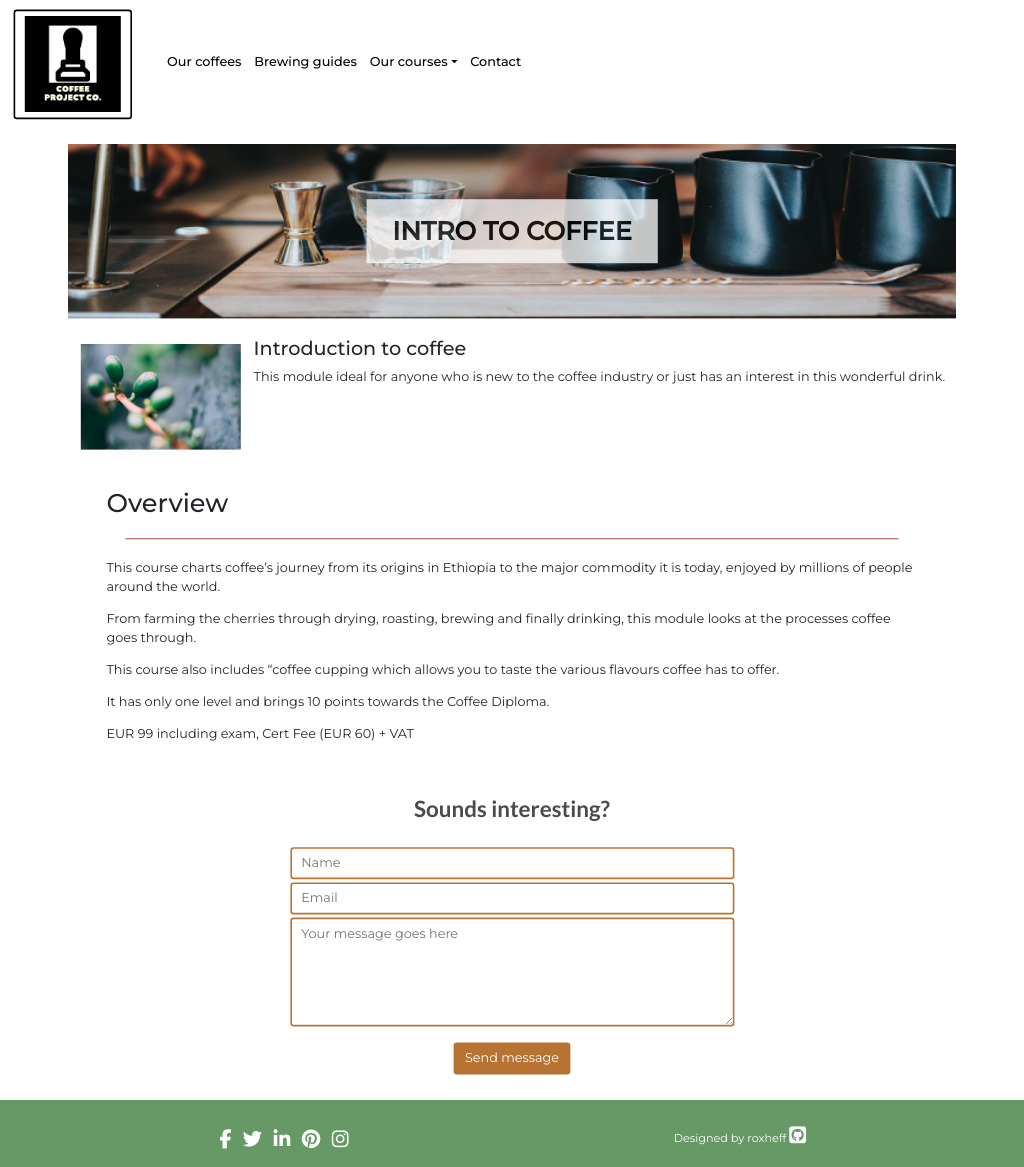
Repository: roxanahefferon/M1
Page: intro.html
The author's editor kept a record of every edit. The page is drawn from the files as they stood at one moment, then again after the next edit.
The browser window is 1280 px wide. The pictures show the whole page, at 80% of full size.
Some web libraries are served in a nearby version.

Above is the page before.

After the next edit:
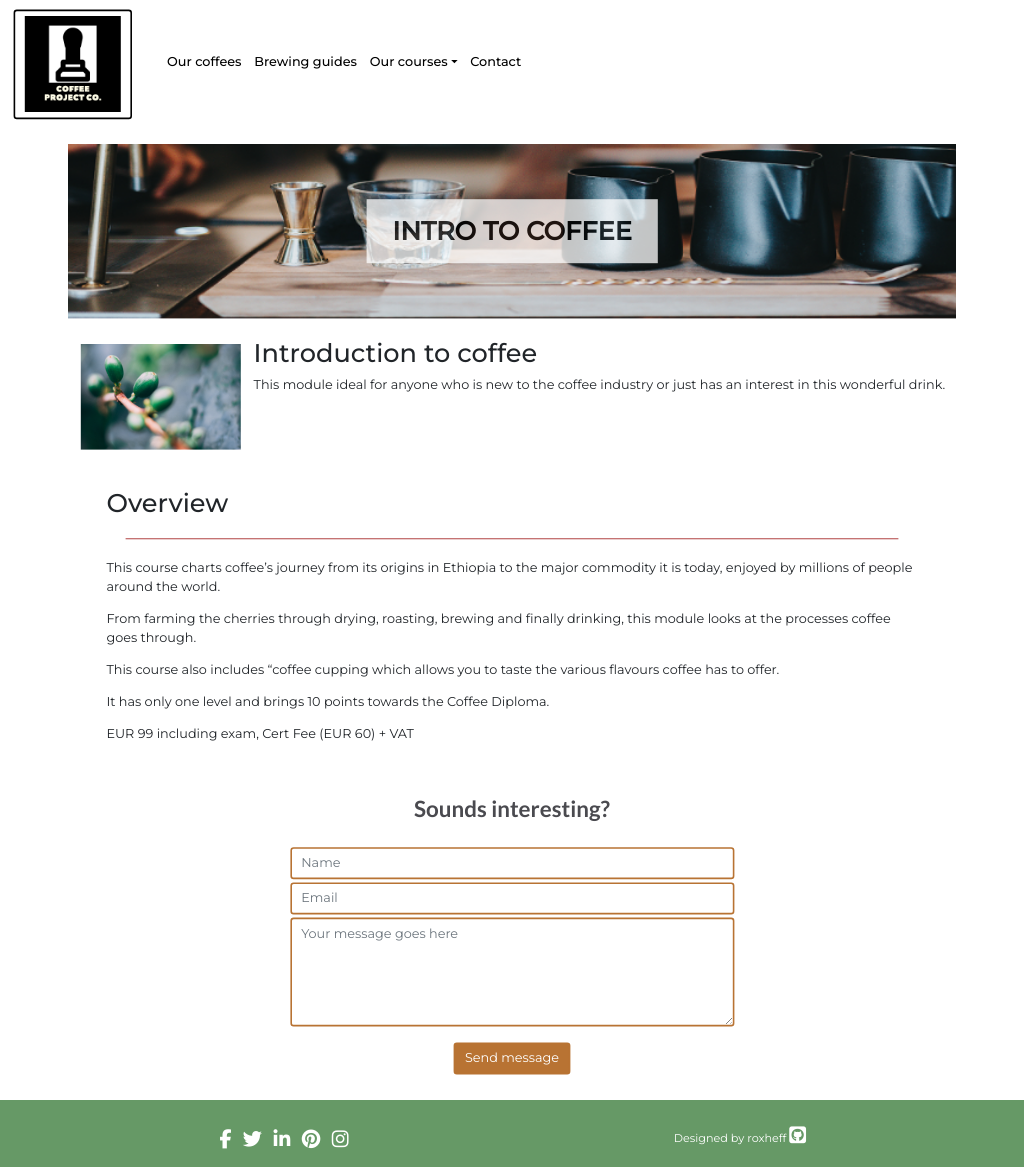
The edit:
--- a/intro.html
+++ b/intro.html
@@ -70,7 +70,7 @@
                 <div class="media">
                     <img src="./assets/images/intro-coffee-sca.png" alt="green coffee beans image" class="align-self-center mx-3 mt-2" style="width:200px">
                     <div class="media-body">
-                        <h4>Introduction to coffee</h4>
+                        <h2>Introduction to coffee</h2>
                         <p>This module ideal for anyone who is new to the coffee industry or just has an interest in this wonderful drink.</p>
                     </div>
                 </div>
